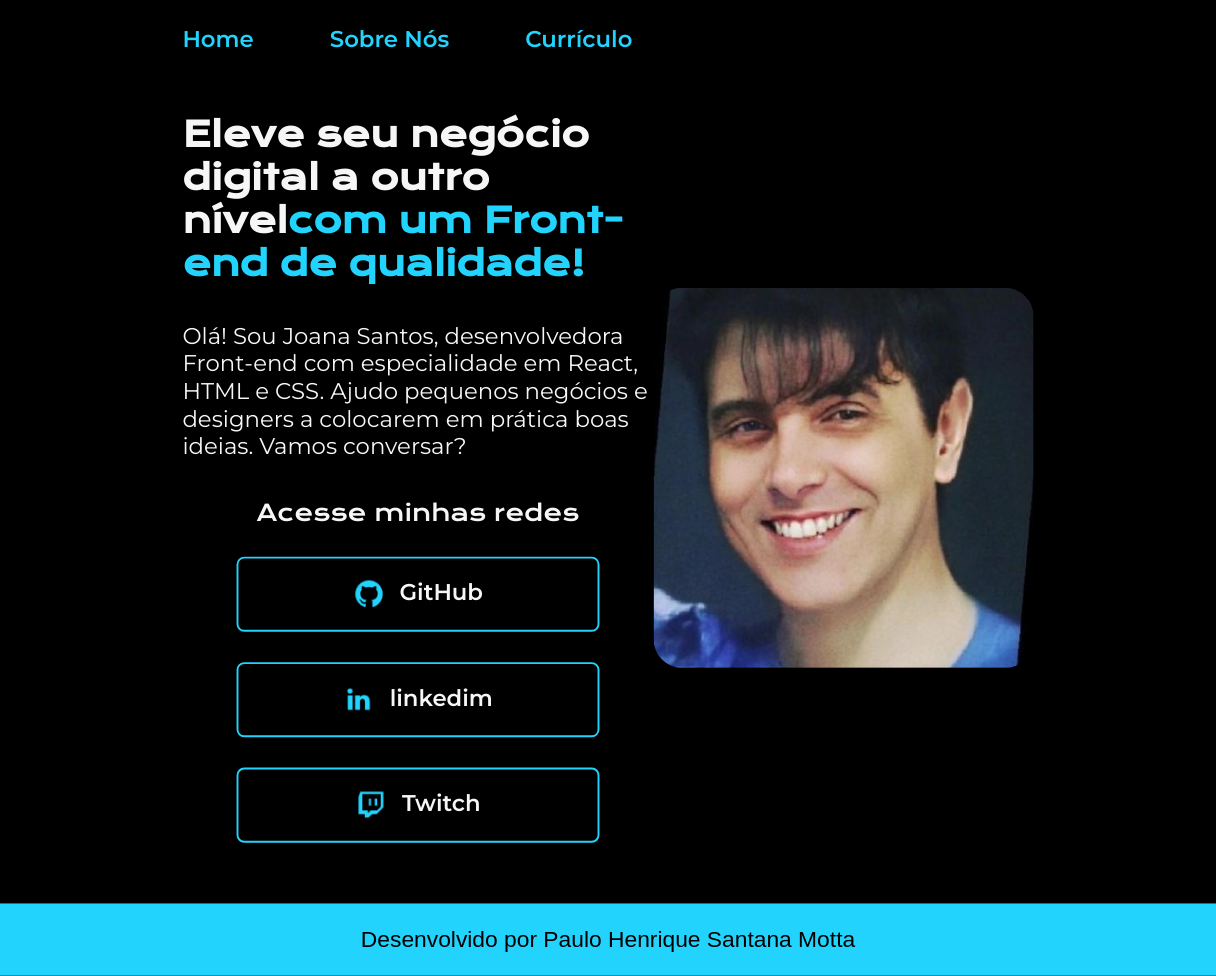
Repository: phsmottanerd/projeto-portfolio-alura
Page: index.html
The author's editor kept a copy of each file at every save. The page is drawn from the files as they stood at one save, then again after the next save.
The browser window is 1280 px wide. The pictures show the whole page, at 95% of full size.

Above is the page before, as saved 2025-01-28 00:46:39.

After the next save:
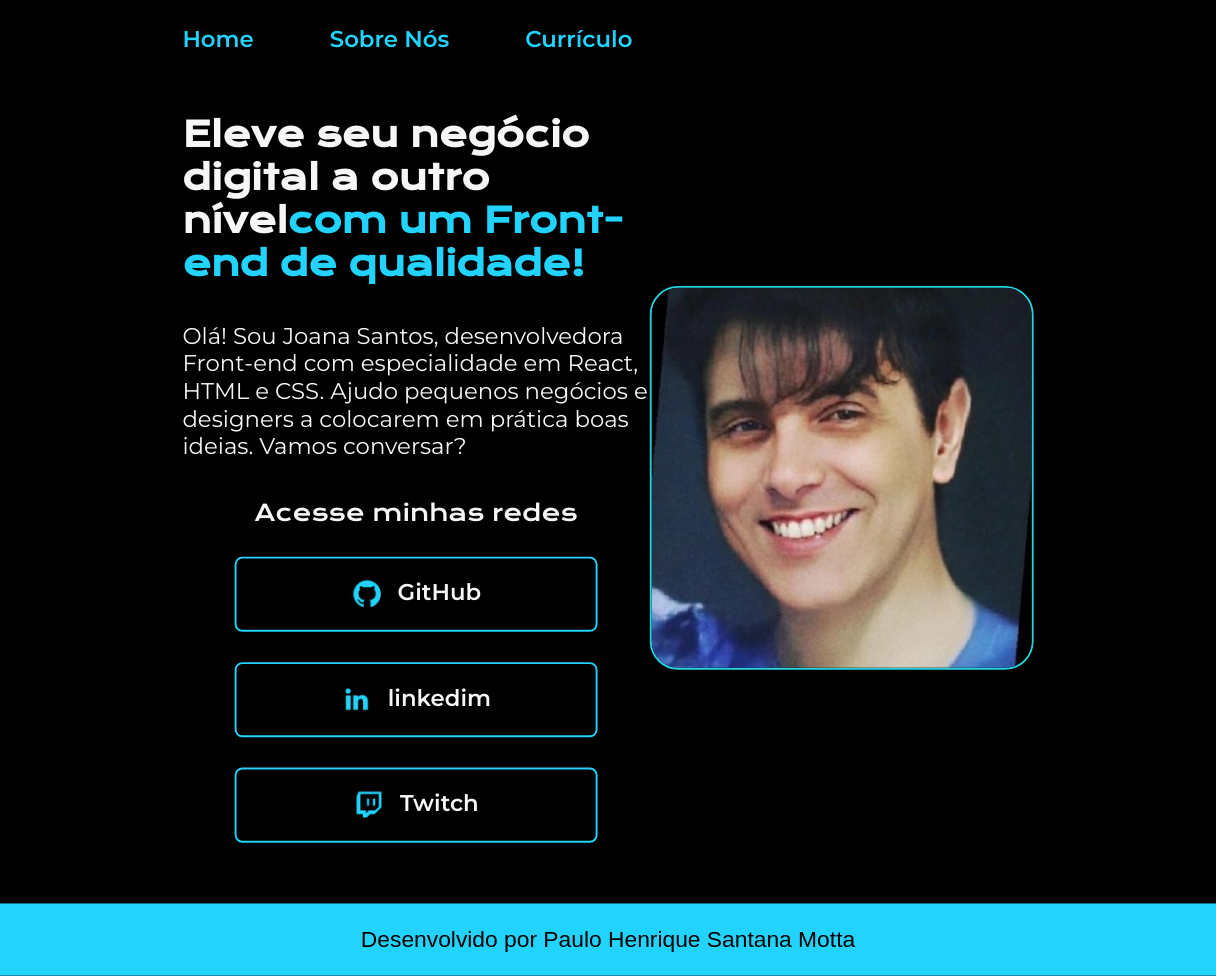
Saved 10 s later.
--- a/estilos/style.css
+++ b/estilos/style.css
@@ -103,6 +103,6 @@ font-family:"Montsearrat",sans-serif;
 }
 .img-foto{
 border-radius:30px;
-border: 2px solid #22D$DF;
+border: 2px solid #22D4DF;
 
 }
